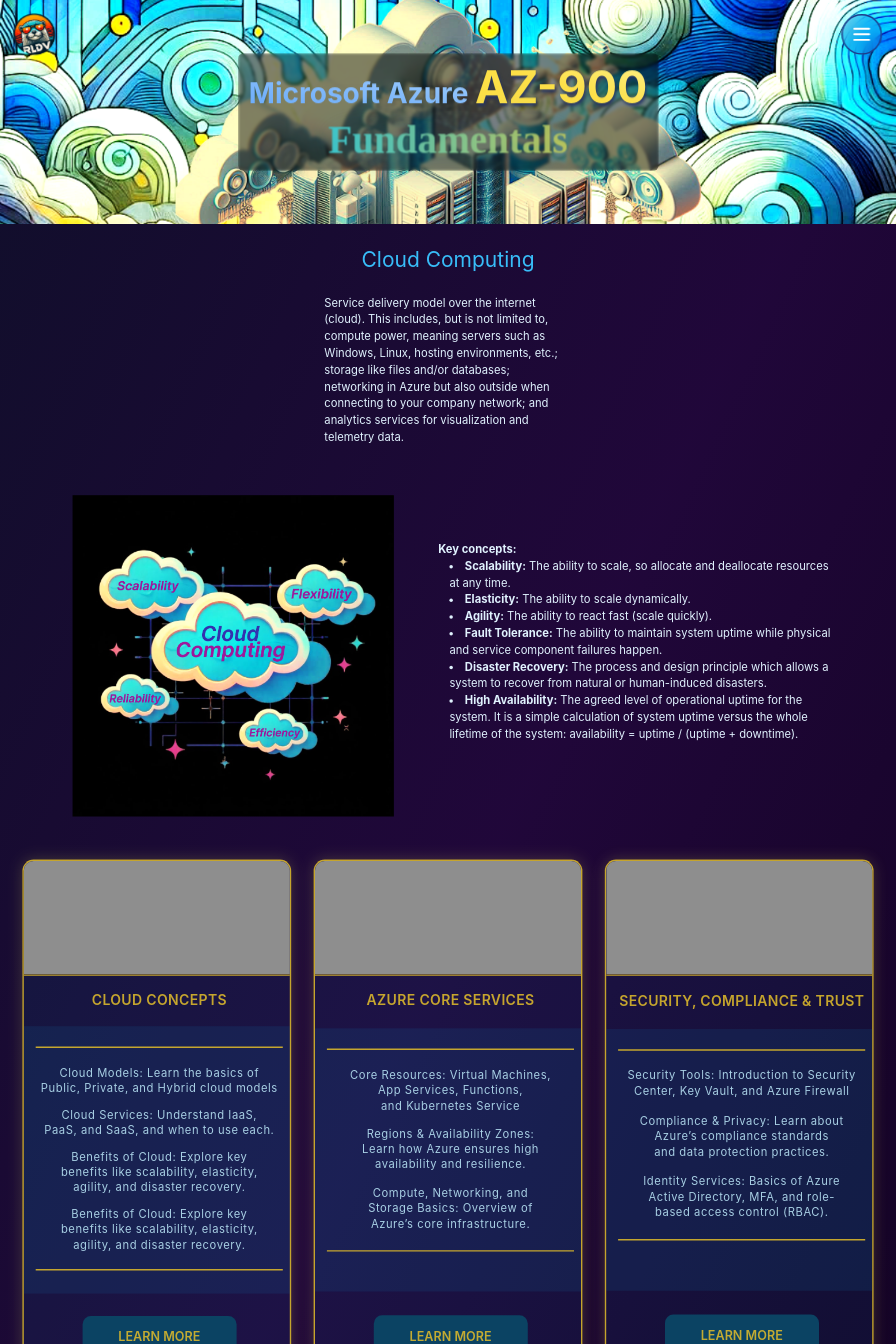
Repository: Freezler/az-900_svelte5
Page: /
These files come from the project's save history. The page is drawn as it stood at one moment and after the next save; the edit follows.
The browser window is 1280 px wide. The pictures show the part of the page from y = 0 to 1920 px (the page is 2706 px tall), at 70% of full size.
Pictures or frames that could not be fetched are drawn as grey boxes. The project was rebuilt for these pictures with package versions that can differ from the ones it lists, and the page was loaded fresh each time. The framework's server and built-in components were replaced by stand-ins that run in the browser. Also part of the build but not shown: vite.config.ts.

Above is the page before, as saved 2024-11-10 11:00:09.

### src/app.html
<!doctype html>
<html lang="en">
	<head>
		<meta charset="utf-8" />
		<link rel="icon" href="%sveltekit.assets%/favicon.png" />
		<meta name="viewport" content="width=device-width, initial-scale=1" />
		%sveltekit.head%
	</head>
	<body data-sveltekit-preload-data="hover" >
		<div style="display: contents">%sveltekit.body%</div>
	</body>
</html>

### src/routes/+layout.svelte
<script lang="ts">
	import '../app.css';
	let { children } = $props();

</script>

<div class="bg-gradient-to-br from-[#0d0c28fc] via-[#1b0135f9] to-[#10021e] bg-cover bg-center bg-no-repeat ">{@render children()}</div>

### src/routes/+page.svelte
<script lang="ts">
	import ComputingArticle from '../components/ComputingArticle.svelte';

	import Toggle from '../components/Toggle.svelte';
	import Header from '../components/Header.svelte';
	import Popover from '../components/Menu.svelte';
	import Cards from '../components/Cards.svelte';
	import Login from '../components/Login.svelte';
</script>

<header class="">
	<Popover />
	<Header />
</header>
<main>
	<section>
		<ComputingArticle />
		<Cards />
	</section>
	<aside><Toggle /></aside>
	<footer><Login /></footer>
</main>

### src/app.css
@tailwind base;
@tailwind components;
@tailwind utilities;

:root {
  --text-color  : rgba(244, 205, 48, 0.888);
  --bg-color    : hsla(217, 87%, 3%, 0.298);
  --bg-color2   : hsla(299, 91%, 31%, 0.974);
  --bg-gradient : 135deg, rgba(237, 249, 10, .7) 0%, rgba(216, 204, 37, 0.7) 35%, rgba(0, 212, 255, 0.7) 100%;
  --bg-gradient2: 90deg, rgba(216, 204, 37, 0.5) 0%, rgba(0, 212, 255, 0.5) 70%;
}

* {
  margin     : 0;
  padding    : 0;
  box-sizing : border-box;
  user-select: none;
  /* outline : 1px dotted red; */
}

body {
  font-family: 'Inter', sans-serif;


}

### src/components/ComputingArticle.svelte
<div class="grid items-center justify-center gap-8 place-self-center text-sky-100 w-[35ch] pt-8">
	<h2 class="text-3xl text-center text-sky-400">Cloud Computing</h2>
	<p>
		Service delivery model over the internet (cloud). This includes, but is not limited to, compute
		power, meaning servers such as Windows, Linux, hosting environments, etc.; storage like files
		and/or databases; networking in Azure but also outside when connecting to your company network;
		and analytics services for visualization and telemetry data.
	</p>
</div>

<section class="grid items-center grid-cols-1 lg:grid-cols-2 justify-center place-items-center place-self-center place-content-center gap-0	z-10 text-start">
	<img
		src="../public/images/cloud.png"
		alt="cloudSolutions"
		loading="lazy"

		class=" w-full md:w-[672px]  mx-auto rounded-2xl overflow-hidden  pr-12 -mt-8 drop-shadow-[(0_0px_22px_rgba(255,255,99,0.2))] "
	/>
	<article
		class=" text-sky-100 px-0 py-0 w-[572px] md:mr-24 rounded-xl "
	>
		<p><strong>Key concepts:</strong></p>
		<ul class="list-inside list-disc pl-4">
			<li>
				<strong>Scalability:</strong> The ability to scale, so allocate and deallocate resources at any
				time.
			</li>
			<li><strong>Elasticity:</strong> The ability to scale dynamically.</li>
			<li><strong>Agility:</strong> The ability to react fast (scale quickly).</li>
			<li>
				<strong>Fault Tolerance:</strong> The ability to maintain system uptime while physical and service
				component failures happen.
			</li>
			<li>
				<strong>Disaster Recovery:</strong> The process and design principle which allows a system to
				recover from natural or human-induced disasters.
			</li>
			<li>
				<strong>High Availability:</strong> The agreed level of operational uptime for the system. It
				is a simple calculation of system uptime versus the whole lifetime of the system: availability
				= uptime / (uptime + downtime).
			</li>
		</ul>
	</article>
</section>

### src/components/Toggle.svelte
<script lang="ts">

	let name = $state('Randy');
	let status: 'DARK' | 'LIGHT' = $state('DARK');
	let full_name = $derived(name + ' ' + 'de vries');

	function toggle() {
		status = status === 'DARK' ? 'LIGHT' : 'DARK';
	}

	function onclick() {
		status = status === 'DARK' ? 'LIGHT' : 'DARK';
		window.document.body.classList.toggle('dark-mode')
	}
</script>

<div class="max-w-[400px] mx-auto grid place-items-center items-center justify-center gap-2 border-2 p-4  py-8 my-4 bg-yellow-600/10">
		<p class="text-2xl font-serif text-white ">
			set theme: <span class="font-sans {status === 'LIGHT' ? 'text-gray-200' : 'text-red-900'}">{status}</span>
		</p>

		<!-- <button on:click={toggle}>toggle status</button> -->
		<button
			class=" w-[176px] rounded bg-blue-500 px-4 py-2 font-bold text-white hover:bg-blue-700 active:scale-[.98]"
			type="button"
			onclick={toggle}>Toggle theme</button
		>
	</div>

### src/components/Header.svelte
<script lang="ts">
	// Declare props
	let { name = 'AZ-900' } = $props();

	// Local state for the surname
	let surname = $state('Fundamentals');

	// Derived state for the full name
	let full_name = $derived(`${name} ${surname}`);
</script>

<div
	class="max-w-[100svw] z-100 mx-auto grid h-80 place-content-center place-items-center items-center justify-center bg-[url('/public/images/headImage.png')] bg-cover bg-top"
>
	<div class="grid backdrop-blur-[2px] px-4 rounded-lg backdrop-brightness-[.50] pb-4">
		<h1
			class="shadow-[rgba(7, 25, 224, 0.9)] drop bg-clip-text text-center text-[clamp(1rem,5vw,2.5rem)] font-bold text-transparent bg-gradient-to-tr from-blue-400 via-blue-300 to-blue-700  drop-shadow-[-2px_2px_2px_rgba(137, 25, 224, 0.9)]"
		>
			Microsoft Azure <span
				class="bg-gradient-to-tr from-yellow-300 via-yellow-300 to-yellow-200 bg-clip-text text-[clamp(2.8rem,5vw,8.5rem)] font-bold text-transparent drop-shadow-[2px_4px_2px_rgba(36,50,100,0.9)]"
				>{name}</span
			>
		</h1>
		<h3
			class="bg-clip-text text-6xl text-center text-[clamp(1rem,5vw,3.5rem)] font-[700] font-[montserrat] bg-gradient-to-r from-[hsl(192,88%,51%)] via-[--hsl(192,88%,71%)] to-[--text-color]  pb- text-transparent drop-shadow-[2px_4px_32px_rgba(6,100,150,0.9)] backdrop-brightness-[.90] "
		>
			{surname}
		</h3>
	</div>
</div>

### src/components/Menu.svelte
<script lang="ts">
	import { cubicInOut } from 'svelte/easing';
	import { fly } from 'svelte/transition';
	let showMenu: boolean = $state(false);


</script>

	<!-- Your existing code -->

<img
	src="/public/images/Design 2.png"
	alt="Ran form Logo"
	class="fixed left-[16px] top-[16px] w-[64px] rounded-full z-[200]"
/>
<button
	onclick={() => (showMenu = !showMenu)}
	class="fixed right-[20px] top-[20px] flex  h-[58px] w-[58px] items-center justify-center rounded-full bg-blue-600/20 backdrop-blur text-white border-2 border-blue-900"
>
	<svg
		xmlns="http://www.w3.org/2000/svg"
		class="h-8 w-8"
		fill="none"
		viewBox="0 0 24 24"
		stroke="currentColor"
	>
		{#if showMenu}
			<path
				stroke-linecap="round"
				stroke-linejoin="round"
				stroke-width="2"
				d="M6 18L18 6M6 6l12 12"
			/>
		{:else}
			<path
				stroke-linecap="round"
				stroke-linejoin="round"
				stroke-width="2"
				d="M4 6h16M4 12h16M4 18h16"
			/>
		{/if}
	</svg>
</button>

{#if showMenu}
	<ul
		class="items-center justify-center fixed bottom-0 right-0 z-100 grid h-[50vh] w-[100vw] border-t border-blue-900 place-content-center bg-blue-600/20 backdrop-blur text-white uppercase text-center text-xl z-[200]"
		transition:fly={{ y: 100, duration: 420, easing: cubicInOut }}
	>
		<li class="px-2 py-4 w-[80vw] underline underline-offset-4 transition-colors ease-linear duration-400 hover:bg-blue-600/20 rounded-t-lg  bg-blue-200/30">
			<a href="/">Home</a>
		</li>
		<li class=" px-2 py-4 transition-colors hover:underline underline-offset-4  ease-linear duration-400 hover:bg-blue-600/20  bg-blue-200/30">
			<a href="/concepts">Concepts</a>
		</li>
		<li class=" px-2 py-4 transition-colors hover:underline underline-offset-4 ease-linear duration-400 hover:bg-blue-600/20  bg-blue-200/30">
			<a href="/security">Security</a>
		</li>
		<li class="px-2 py-4 transition-colors  hover:underline underline-offset-4 ease-linear duration-400 hover:bg-blue-600/20 rounded-b-lg  bg-blue-200/30">
			<a href="/services">Services</a>
		</li>
	</ul>
{/if}

### src/components/Cards.svelte
<script>
	import { goto } from '$app/navigation';
	// Define your plans as an array of objects
	const concepts = [
		{
			url: 'concepts',
			image:
				'https://learn.microsoft.com/training/achievements/microsoft-azure-fundamentals-describe-cloud-concepts-social.png',
			name: 'Cloud Concepts',
			features: [
				'Cloud Models: Learn the basics of Public, Private, and Hybrid cloud models',
				'Cloud Services: Understand IaaS, PaaS, and SaaS, and when to use each.',
				'Benefits of Cloud: Explore key benefits like scalability, elasticity, agility, and disaster recovery.',
				'Benefits of Cloud: Explore key benefits like scalability, elasticity, agility, and disaster recovery.'

			]
		},
		{
			url: 'services',
			image:
				'https://images.unsplash.com/photo-1667372459510-55b5e2087cd0?q=80&w=1932&auto=format&fit=crop&ixlib=rb-4.0.3&ixid=M3wxMjA3fDB8MHxwaG90by1wYWdlfHx8fGVufDB8fHx8fA%3D%3D',
			name: 'Azure Core Services',
			features: [
				'Core Resources: Virtual Machines, App Services, Functions, and Kubernetes Service',
				'Regions & Availability Zones: Learn how Azure ensures high availability and resilience.',
				'Compute, Networking, and Storage Basics: Overview of Azure’s core infrastructure.'
			]
		},
		{
			url: 'security',
			image:
				'https://plus.unsplash.com/premium_photo-1700830452756-1a3f4314e564?q=80&w=1674&auto=format&fit=crop&ixlib=rb-4.0.3&ixid=M3wxMjA3fDB8MHxwaG90by1wYWdlfHx8fGVufDB8fHx8fA%3D%3D',
			name: 'Security, Compliance & Trust',
			features: [
				'Security Tools: Introduction to Security Center, Key Vault, and Azure Firewall',
				'Compliance & Privacy: Learn about Azure’s compliance standards and data protection practices.',
				'Identity Services: Basics of Azure Active Directory, MFA, and role-based access control (RBAC).'
			]
		}
	];
</script>

<section
	class="z-10 grid grid-rows-1 gap-8 py-8 md:grid-cols-2 md:gap-8 md:px-8 xl:grid-cols-3"
>
	{#each concepts as concept}
		<div
			class=" pt-1  grid grid-rows-[148px_64px_auto_auto] place-items-center overflow-hidden rounded-2xl border-2 border-[--text-color] bg-sky-600/10 pb-9 shadow-[0_0px_22px_rgba(255,255,99,0.2)] brightness-90 transition duration-700 hover:scale-[1.001] hover:border-[hsla(184,69%,60%,1)] hover:shadow-[2px_6px_12px_rgba(22,125,22,0.9)]"
		>
			<img
				src={concept.image}
				class=" z-10 h-[172px] pt-2  w-full border-b-2 border-[--text-color] object-cover object-center hover:border-[hsla(184,69%,60%,1)]"
				loading="lazy"
				alt="concept"
			/>
			<div class="row-span-2 grid grid-cols-subgrid place-items-center items-center justify-center">
				<h2 class="] mt-[28px] text-xl font-semibold uppercase tracking-wide text-[--text-color]">
					{concept.name}
				</h2>
			</div>

			<div
				class=" row-span-12 my-5 w-full grid grid-rows-subgrid place-items-start items-start gap-4 text-pretty border border-transparent bg-sky-500/10 px-4 pt-7 pb-6 text-center"
			>
				{#each concept.features as feature}
					<h3
						class="border-b-1 mx-auto  grid w-[35ch]  grid-rows-subgrid text-balance border-[--text-color] px-0 text-[14px] font-normal leading-snug tracking-wider text-sky-200 py-0 first:border-t-2 first:pt-6 last:pb-6 last:border-b-2 lg:text-[16px] border-s-fuchsia-400 ">
						{feature}
					</h3>
				{/each}
			</div>
			<button
				type="button"
				class="mx-auto mt-3 w-[220px] grid-cols-subgrid rounded-xl border-[2px_solid_var(--text-color)] bg-sky-900 px-8 py-4 text-base font-semibold uppercase text-[--text-color] transition duration-[420ms] hover:bg-sky-500 hover:text-white hover:shadow-[2px_2px_22px_rgb(65,183,255,0.9)] md:text-lg lg:text-lg"
				><a href="/{concept.url}">Learn more</a></button
			>
		</div>
	{/each}
</section>

### src/components/Login.svelte
<script>
	import { onMount } from 'svelte';
	let user = $state('Stranger');
	/**
	 * @param {any} response
	 */
	function googleLoginEndpoint(response) {
	  console.log('Google login successful:', response);
	}

	// onMount(() => {
	//   const script = document.createElement("script");
	//   script.src = "https://accounts.google.com/gsi/client";
	//   script.async = true;
	//   script.defer = true;
	//   document.head.appendChild(script);
	// });
</script>

<div class="relative flex min-h-[60vh] items-center justify-center py-16 ">
	<div class="flex w-full max-w-4xl flex-col overflow-hidden rounded-lg shadow-lg md:flex-row">
		<!-- Left side: Logo and Welcome message -->
		<div
			class="flex flex-col items-center justify-center bg-[url('/public/images/headImage.png')] bg-cover bg-center object-cover p-14 text-white md:w-1/2 "
		>
			<img
				src="/public/images/Design 2.png"
				alt="Ran form Logo"
				class="mb-4 h-40 w-40 rounded-full"
			/>
			<h2 class="text-2xl font-semibold p-2 rounded-xl bg-slate-600/50  ">Good Evening {user}!</h2>
			<p class="mt-2 text-center text-lg rounded-xl bg-slate-600/50  p-2 ">Log in to your account!</p>
		</div>

		<!-- Right side: Login Form -->
		<div
			class="flex flex-col items-center justify-center  h-[50vh] bg-blue-600/40 backdrop-blur pt-8 "
		>
			<!-- Google Login Button -->
			<div
				id="g_id_onload"
				data-client_id="YOUR_GOOGLE_CLIENT_ID"
				data-context="signin"
				data-callback="googleLoginEndpoint"
				data-close_on_tap_outside="false"
				data-prompt_parent_id="g_id_onload"
			></div>

			<button
				class="flex w-3/5 items-center justify-center space-x-2 rounded-full border border-gray-300 bg-white py-2 shadow-md hover:bg-gray-50 focus:outline-none"
			>
				<span class="fab fa-google text-gray-500"></span>
				<span class="text-gray-700">Continue with Google</span>
			</button>

			<!-- Divider -->
			<div class="my-4 flex w-full items-center">
				<hr class="flex-grow border-t border-gray-300" />
				<span class="px-3 text-gray-500">OR</span>
				<hr class="flex-grow border-t border-gray-300" />
			</div>

			<!-- Email Login Button -->
			<button
				class="flex w-3/5 items-center justify-center space-x-2 rounded-full border border-gray-300 bg-white py-2 shadow-md hover:bg-gray-50 focus:outline-none"
			>
				<span class="fa fa-user text-gray-500"></span>
				<span class="text-gray-700">Enter Email & Password</span>
			</button>

			<!-- Sign up and Terms Links -->
			<div class=" w-full text-center">
				<p class="text-sm text-red-300">
					Don't have an account? <a href="_blank" class="text-blue-600 hover:underline">Sign up</a>
				</p>
				<p class="mt-0 text-xs text-gray-500 w-[50ch]">
					By continuing, you agree to our <a href="_blank" target="_blank" class="hover:underline"
						>Terms of Service</a
					>
					and
					<a href="_blank" target="_blank" class="hover:underline">Privacy Policy</a>.
				</p>
			</div>
		</div>
	</div>
</div>

### tailwind.config.ts
import aspectRatio from '@tailwindcss/aspect-ratio';
import containerQueries from '@tailwindcss/container-queries';
import forms from '@tailwindcss/forms';
import typography from '@tailwindcss/typography';
// import type { Config } from 'tailwindcss';

export default {
	content: ['./src/**/*.{html,js,svelte,ts}'],


	theme: {
		extend: {
			animation: {



			},

			keyframes: {

			}

		}
	},

	plugins: [typography, forms, containerQueries, aspectRatio]
}

After the next save:
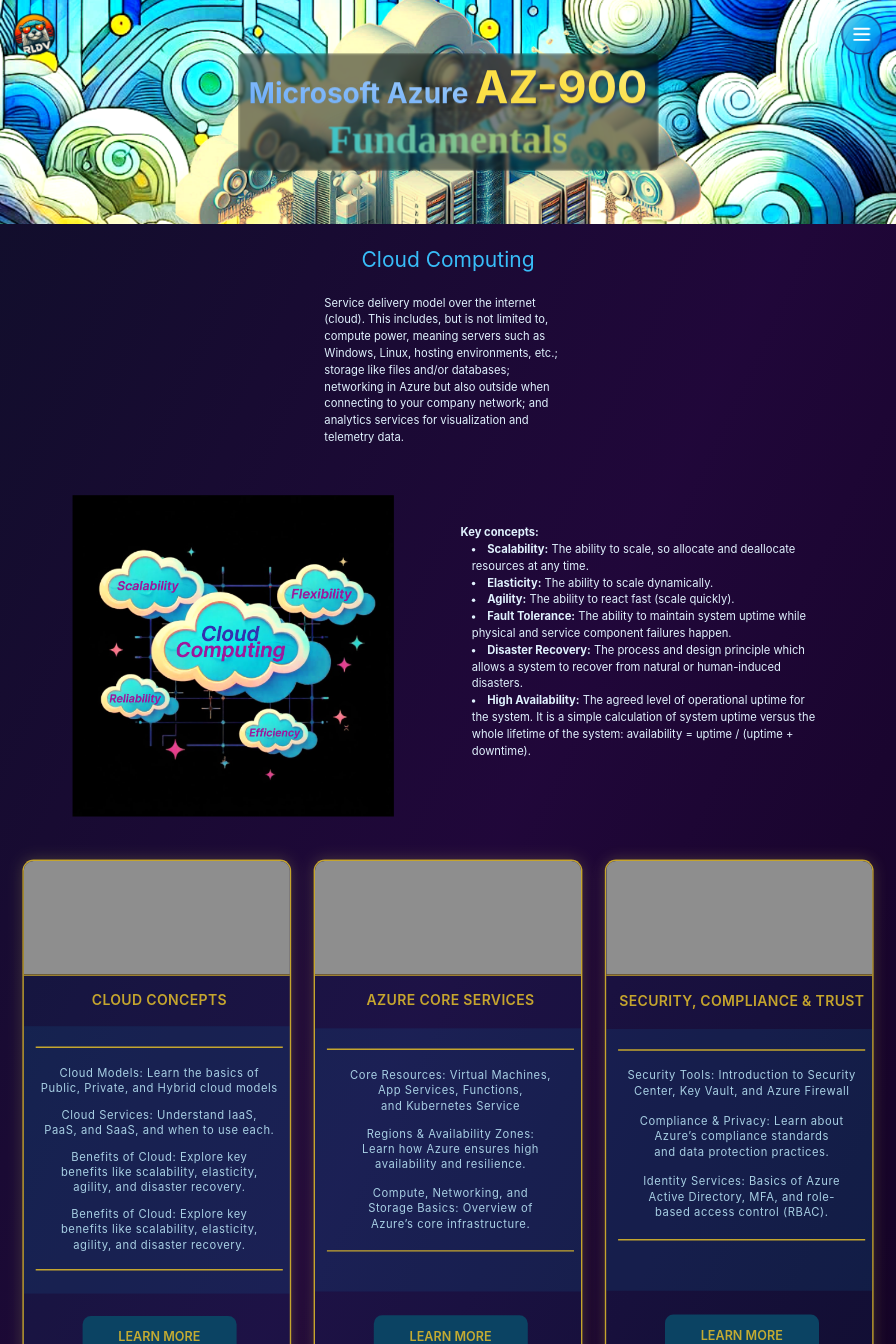
Saved 15 s later.
--- a/src/components/ComputingArticle.svelte
+++ b/src/components/ComputingArticle.svelte
@@ -17,7 +17,7 @@
 		class=" w-full md:w-[672px]  mx-auto rounded-2xl overflow-hidden  pr-12 -mt-8 drop-shadow-[(0_0px_22px_rgba(255,255,99,0.2))] "
 	/>
 	<article
-		class=" text-sky-100 px-0 py-0 w-[572px] md:mr-24 rounded-xl "
+		class=" text-sky-100 px-8 py-0 w-[572px] md:mr-24 rounded-xl "
 	>
 		<p><strong>Key concepts:</strong></p>
 		<ul class="list-inside list-disc pl-4">
